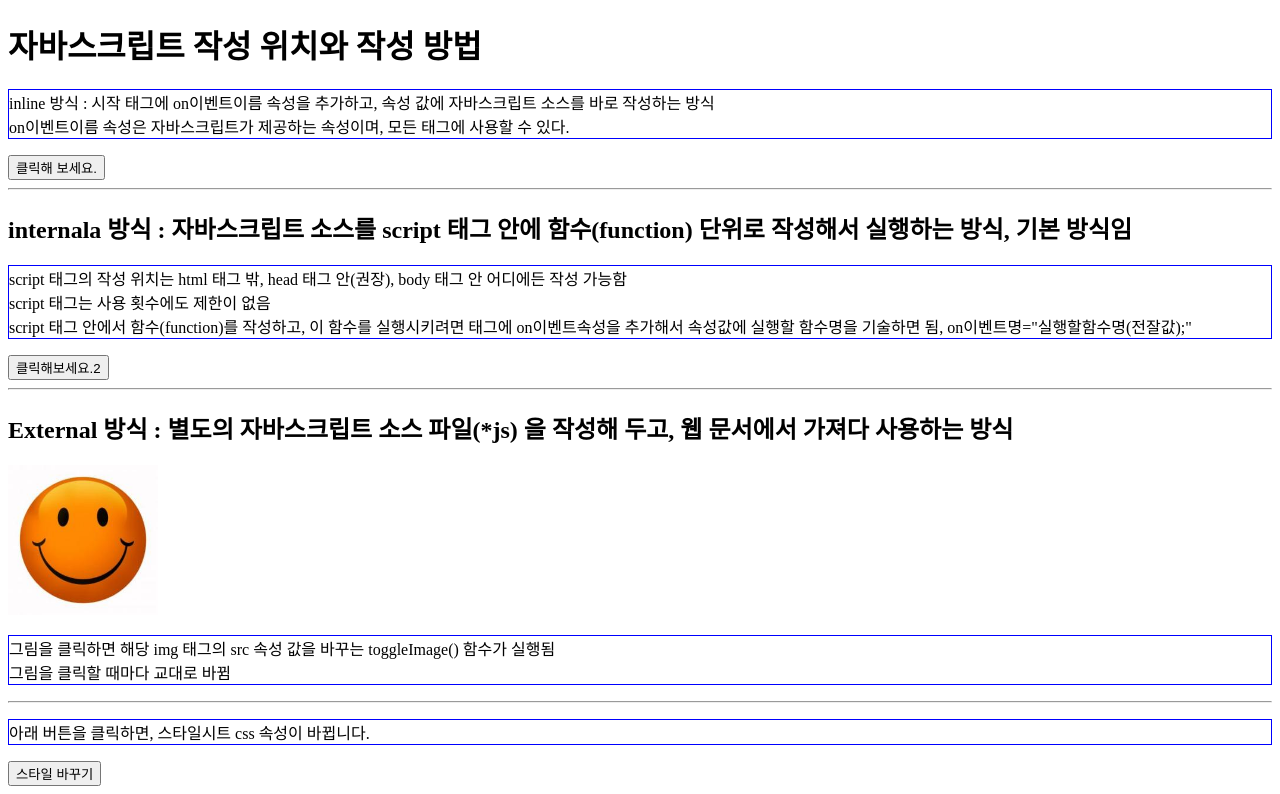
Repository: bianchi112/ict-data
Page: web_workspace/testJavaScriptProject/src/main/webapp/views/testjs/sample1.html
The author's editor kept a copy of each file at every save. The page is drawn from the files as they stood at one save, then again after the next save.
The browser window is 1280 px wide. The pictures show the whole page.
After loading, the first visible `button[onclick="changeCSS();"]` was clicked once.

Above is the page before, as saved 2024-09-03 03:00:09.
Console error: TypeError: Cannot read properties of null (reading 'style')

### web_workspace/testJavaScriptProject/src/main/webapp/views/testjs/sample1.html
<!DOCTYPE html>
<html lang="ko">
<head>
<meta charset="UTF-8">
<title>sample1</title>
<style type="text/css">
p { border: 1px solid blue; }
</style>
<!-- 외부에서 가지고 오는 자바스크립트 소스 파일은 head 영역에서 처리함 -->
<script type="text/javascript" src="/testj/resources/js/main.js"></script>
<!-- src 속성이 사용된 script 태그 안에는 소스 작성 안함 -->
<script type="text/javascript">
// 스크립트 소스 작성 가능함
</script>
</head>
<body>
<h1>자바스크립트 작성 위치와 작성 방법</h1>
<p id="demo1">
inline 방식 : 시작  태그에 on이벤트이름 속성을 추가하고, 속성 값에 자바스크립트 소스를 바로 작성하는 방식<br>
on이벤트이름 속성은 자바스크립트가 제공하는 속성이며, 모든 태그에 사용할 수 있다.
</p>
<button onclick="document.getElementById('demo1').innerHTML='onclick 속성에 자바스크립트를 직접 작성한 경우의 체스트 확인글!';">클릭해 보세요.</button> <br>
<hr>
<h2>internala 방식 : 자바스크립트 소스를 script 태그 안에 함수(function) 단위로 작성해서 실행하는 방식,
기본 방식임</h2>
<p id="demo2">
script 태그의 작성 위치는 html 태그 밖, head 태그 안(권장), body 태그 안 어디에든 작성 가능함 <br>
script 태그는 사용 횟수에도 제한이 없음 <br>
script 태그 안에서 함수(function)를 작성하고, 이 함수를 실행시키려면 태그에 on이벤트속성을 추가해서
속성값에 실행할 함수명을 기술하면 됨, on이벤트명="실행할함수명(전잘값);"
</p>
<button onclick="myFonc1();">클릭해보세요.2</button>
<script type="text/javascript">
function myFunc1() {
	var demo2 = document.getElementById("demo2");
	window.alert(demo2.innerHTML);
	demo2.innerHTML = "script 태그 안에 작성된 함수 myFunc1"
}
</script>
<br>
<hr>

<h2>External 방식 : 별도의 자바스크립트 소스 파일(*js) 을 작성해 두고, 웹 문서에서 가져다 사용하는 방식</h2>
<img id="image1" src="/testj/resources/images/button.jpg" width="150" height="150" border="0"
onclick="toggleImage();">
<p>
그림을 클릭하면 해당 img 태그의 src 속성 값을 바꾸는 toggleImage() 함수가 실행됨<br>
그림을 클릭할 때마다 교대로 바뀜
</p>
<hr>

<p id="demo3">
아래 버튼을 클릭하면, 스타일시트 css 속성이 바뀝니다.
</p>
<button onclick="changeCSS();">스타일 바꾸기</button>

</body>
</html>

### web_workspace/testJavaScriptProject/src/main/webapp/resources/js/main.js
/**
 * main.js
 * 2024-09-03 작성
 */

// 전역변수 선언 : 함수 밖에서 선언된 변수
// 선언된 위치 아래쪽에서는 모두 사용 가능함
// var 변수명 = 값;
var flag = false;

function toggleImage() {
	// 지역변수 : 함수 안에서 선언된 변수, 선언된 블럭 {} 밖에서는 사용 못  함
	var img = document.getElementById("image1");

	if(!flag){ // if(flag == flalse)
		img.src = "/testj/resources/images/Android.gif"
		flag = true;
	} else{ // flag == true
		img.src = "/testj/resources/images/button.jpg";
		flag = false;
	}
}

function changeCSS(){
	// 글자색, 테두리선, 글자크기, 배경색 변경 처리함
	var element = document.getElementById("demoo3");

	element.style.color = "#ff00cc";
	element.style.border = "3px double black";
	element.style.fontSize = "24pt";
	element.style.backgroundColor = "yellow";
}

After the next save:
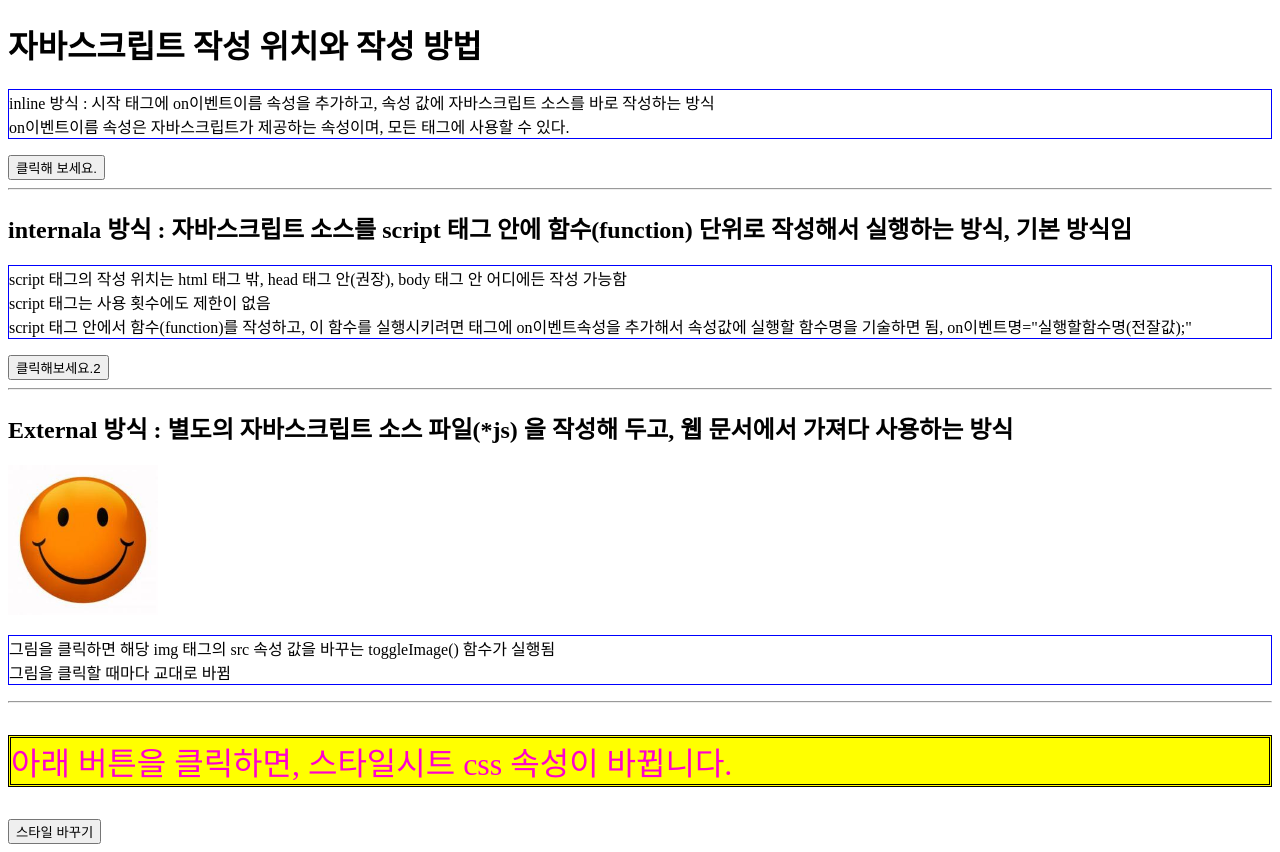
The error is gone.
Saved 74 s later.
--- a/web_workspace/testJavaScriptProject/src/main/webapp/resources/js/main.js
+++ b/web_workspace/testJavaScriptProject/src/main/webapp/resources/js/main.js
@@ -23,7 +23,7 @@ function toggleImage() {
 
 function changeCSS(){
 	// 글자색, 테두리선, 글자크기, 배경색 변경 처리함
-	var element = document.getElementById("demoo3");
+	var element = document.getElementById("demo3");
 
 	element.style.color = "#ff00cc";
 	element.style.border = "3px double black";
